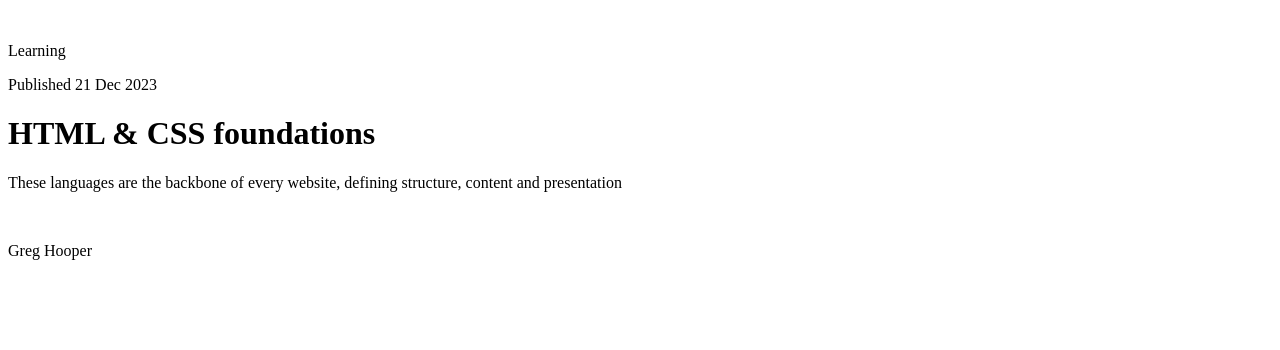
Repository: brandontaylor1/blogpreviewcard
Page: index.html
These files come from the project's save history. The page is drawn as it stood at one moment and after a run of saves; the edit follows.
The browser window is 1280 px wide. The pictures show the whole page.

Above is the page before, as saved 2024-12-25 10:49:11.

After the next 3 saves:
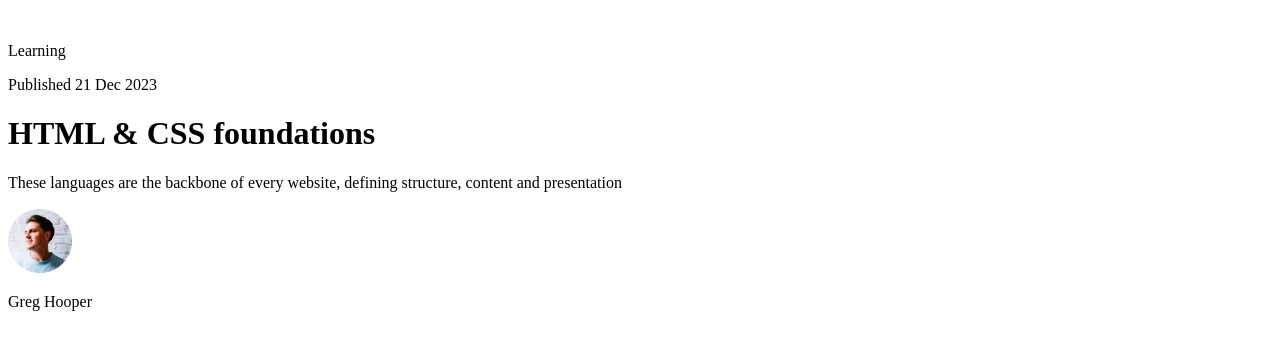
The 3 saves are shown as one change because they came seconds apart.
The last was saved 76 s later.
--- a/index.html
+++ b/index.html
@@ -17,7 +17,7 @@
             <p>These languages are the backbone of every website, defining structure, content and presentation</p>
         </div>
         <div class="user-footer">
-            <img src="" alt="">
+            <img src="./images/image-avatar.webp" alt="">
             <p>Greg Hooper</p>
         </div>
     </main>
